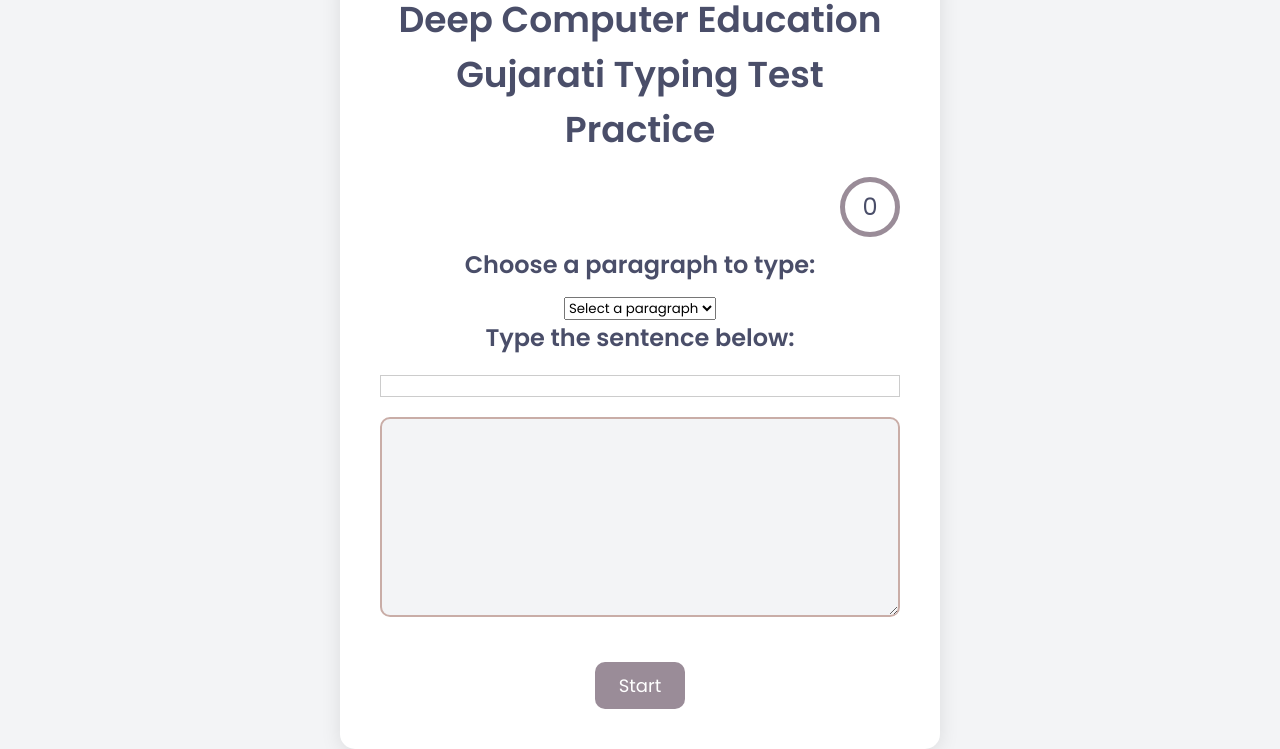
Repository: ssj27072002/Gujarati-typing-test
Page: typingGame/index.html
An editor plug-in stored every save of this project. The page is shown before and after the next save, followed by the edit.
The browser window is 1280 px wide. The pictures show the whole page.

Above is the page before, as saved 2024-06-13 10:13:44.

### typingGame/index.html
<!-- working as scoll  -->
<!-- <!DOCTYPE html>
<html lang="en">
<head>
    <meta charset="UTF-8">
    <title>Gujarati Typing Test</title>
    <link rel="stylesheet" href="css/style.css">
</head>
<body>
    <div class="typing-section">
        <h1>Deep Computer Education Gujarati Typing Test Practice</h1>
        <div class="timer-div">
            <div id="show-time">0</div>
        </div>
        <h2>Choose a paragraph to type:</h2>
        <select id="paragraphSelector">
            <option value="">Select a paragraph</option>
            <option value="1">Paragraph 1</option>
            <option value="2">Paragraph 2</option>
            <option value="3">Paragraph 3</option>
        </select>
        <h2>Type the sentence below:</h2>
        <div id="showSentence" class="scrollable-paragraph"></div>
        <textarea id="textarea" disabled></textarea>
        <button id="btn">Start</button>
        <div id="score"></div>
    </div>
    <script src="js/index.js"></script>
</body>
</html> -->

<!DOCTYPE html>
<html lang="en">
<head>
    <meta charset="UTF-8">
    <title>Gujarati Typing Test</title>
    <link rel="stylesheet" href="css/style.css">
</head>
<body>
    <div class="typing-section">
        <h1>Deep Computer Education Gujarati Typing Test Practice</h1>
        <div class="timer-div">
            <div id="show-time" class="timer">0</div>
        </div>
        <h2>Choose a paragraph to type:</h2>
        <select id="paragraphSelector" class="styled-select">
            <option value="">Select a paragraph</option>
            <option value="1">Paragraph 1</option>
            <option value="2">Paragraph 2</option>
            <option value="3">Paragraph 3</option>
        </select>
        <h2>Type the sentence below:</h2>
        <div id="showSentence" class="scrollable-paragraph"></div>
        <textarea id="textarea" class="styled-textarea" disabled></textarea>
        <button id="btn" class="styled-button">Start</button>
        <div id="score"></div>
    </div>
    <script src="js/index.js"></script>
</body>
</html>

### typingGame/css/style.css
@import url('https://fonts.googleapis.com/css2?family=Josefin+Sans:wght@400;600;700&family=Lexend+Deca:wght@100;200;300;400;500;600;700&family=Poppins:wght@300;400;600&display=swap');

* {
    margin: 0;
    padding: 0;
    box-sizing: border-box;
    font-family: 'Poppins', sans-serif;
}

html {
    font-size: 62.5%;
}

body {
    height: 100vh;
    display: flex;
    justify-content: center;
    align-items: center;
    background-color: #f3f4f6;
    color: #333;
}

.typing-section {
    text-align: center;
    background: #fff;
    border-radius: 1.5rem;
    box-shadow: 0 4px 20px rgba(0, 0, 0, 0.1);
    padding: 2rem 4rem;
    max-width: 60rem;
    width: 100%;
}

.typing-section h1 {
    font-size: 3.6rem;
    color: #4a4e69;
    margin-bottom: 2rem;
    text-transform: capitalize;
    font-weight: 700;
}

#textarea {
    border: .2rem solid #c9ada7;
    border-radius: 1rem;
    max-width: 100%;
    width: 100%;
    height: 20rem;
    padding: 1rem 2rem;
    font-size: 1.6rem;
    color: #333;
    background: #f3f4f6;
    outline: none;
    transition: border-color 0.3s ease;
    margin-bottom: 2rem;
}

#textarea:focus {
    border-color: #9a8c98;
}

#btn {
    display: inline-block;
    padding: 1rem 2.4rem;
    border: none;
    border-radius: 1rem;
    background-color: #9a8c98;
    color: #fff;
    font-size: 1.8rem;
    margin-top: 2rem;
    cursor: pointer;
    transition: background-color 0.3s ease;
}

#btn:hover {
    background-color: #6d6875;
}

h2 {
    font-size: 2.4rem;
    color: #4a4e69;
    text-align: center;
    margin-bottom: 1.5rem;
}

#showSentence, #score {
    font-size: 1.8rem;
    margin: 2rem 0;
    letter-spacing: .02rem;
    text-align: center;
    color: #4a4e69;
}

.timer-div {
    width: 100%;
    text-align: right;
    display: flex;
    justify-content: flex-end;
    margin-bottom: 1rem;
}

#show-time {
    font-size: 2.4rem;
    padding: 1.5rem;
    text-align: center;
    width: 6rem;
    height: 6rem;
    display: flex;
    justify-content: center;
    align-items: center;
    border-radius: 50%;
    border: .5rem solid #9a8c98;
    color: #4a4e69;
    background: #fff;
}
.scrollable-paragraph {
    max-height: 200px; /* Adjust the height as needed */
    overflow-y: auto;
    border: 1px solid #ccc; /* Optional: for better visibility of the container */
    padding: 10px; /* Optional: for some padding inside the container */
    margin-bottom: 20px; /* Optional: to give space between elements */
}

### typingGame/js/index.js
const typing_ground = document.querySelector('#textarea');
const btn = document.querySelector('#btn');
const score = document.querySelector('#score');
const show_sentence = document.querySelector('#showSentence');
const show_time = document.querySelector('#show-time');
const paragraphSelector = document.getElementById('paragraphSelector');

let startTime, endTime, totalTimeTaken, sentence_to_write;

const paragraphs = {
    1: 'ગાંધીનગર ગુજરાતની રાજધાની છે. આ શહેરમાં મોટા પ્રમાણમાં સરકારી કાર્યાલયો અને ઔદ્યોગિક ક્ષેત્ર છે. અમદાવાદ, જે ગુજરાતનું સૌથી મોટું શહેર છે, તેનું એક મહત્વનું ઐતિહાસિક અને આર્થિક કેન્દ્ર છે. અમદાવાદની સુંદર નદી સાબરમતીના કાંઠે બનેલું સાબરમતી આશ્રમ મહાત્મા ગાંધીજીની યાદ અપાવે છે.',
    2: 'સૂરત એક મહત્વપૂર્ણ વ્યાપારી શહેર છે, જે પોતાના હીરાના વેપાર અને કાપડ ઉદ્યોગ માટે જાણીતું છે. આ શહેરમાં ઘણા સુંદર બાગો અને મલ્ટીપ્લેક્સ સિનેમા છે.',
    3: 'વડોદરા શહેર એ પોતાના સંસ્કૃતિક અને શૈક્ષણિક કેન્દ્ર માટે જાણીતું છે. આ શહેરમાં ઘણા મ્યુઝિયમ્સ, પાર્ક્સ અને શૈક્ષણિક સંસ્થાઓ છે.'
};

const calculateTypingSpeed = (time_taken) => {
    let totalWords = typing_ground.value.trim();
    let actualWordsArray = totalWords === '' ? [] : totalWords.split(/\s+/);
    let correctWords = errorChecking(actualWordsArray);

    if (correctWords !== 0) {
        let typing_speed = (correctWords / time_taken) * 60;
        typing_speed = Math.round(typing_speed);
        score.innerHTML = `Your typing speed is ${typing_speed} words per minute & you wrote ${correctWords} correct words out of ${sentence_to_write.length} words & time taken ${time_taken} sec`;
    } else {
        score.innerHTML = `Your typing speed is 0 words per minute & time taken ${time_taken} sec`;
    }
};

const endTypingTest = () => {
    btn.innerText = "Start";
    clearInterval(intervalID);
    let date = new Date();
    endTime = date.getTime();

    totalTimeTaken = (endTime - startTime) / 1000;

    calculateTypingSpeed(totalTimeTaken);

    show_sentence.innerHTML = "";
    typing_ground.value = "";
};

let intervalID, elapsedTime = 0;

const showTimer = () => {
    if (btn.innerText === "Done") {
        intervalID = setInterval(() => {
            elapsedTime++;
            show_time.innerHTML = elapsedTime;
        }, 1000);
    } else if (btn.innerText === "Start") {
        elapsedTime = 0;
        clearInterval(intervalID);
        show_time.innerHTML = "";
    }
};

const errorChecking = (userWords) => {
    let num = 0;
    sentence_to_write = show_sentence.innerHTML.trim().split(/\s+/);

    for (let i = 0; i < userWords.length; i++) {
        if (userWords[i] === sentence_to_write[i]) {
            num++;
        }
    }
    return num;
};

const startTyping = () => {
    let selectedValue = paragraphSelector.value;
    if (selectedValue) {
        show_sentence.innerHTML = paragraphs[selectedValue];
        let date = new Date();
        startTime = date.getTime();
        btn.innerText = "Done";
        showTimer();
    } else {
        alert("Please select a paragraph first!");
    }
};

btn.addEventListener('click', () => {
    switch (btn.innerText.toLowerCase()) {
        case "start":
            typing_ground.removeAttribute('disabled');
            startTyping();
            break;
        case "done":
            typing_ground.setAttribute('disabled', 'true');
            endTypingTest();
            break;
    }
});

// paragraphSelector.addEventListener("change", function() {
//     show_sentence.innerHTML = "";
//     typing_ground.value = "";
//     typing_ground.setAttribute('disabled', 'true');
//     btn.innerText = "Start";
//     elapsedTime = 0;
//     clearInterval(intervalID);
//     show_time.innerHTML = "0";
//     score.innerHTML = "";
// });

paragraphSelector.addEventListener('change', () => {
    const selectedValue = paragraphSelector.value;
    if (selectedValue) {
        showSentence.textContent = paragraphs[selectedValue];
        textarea.disabled = false;
    } else {
        showSentence.textContent = '';
        textarea.disabled = true;
    }
});

After the next save:
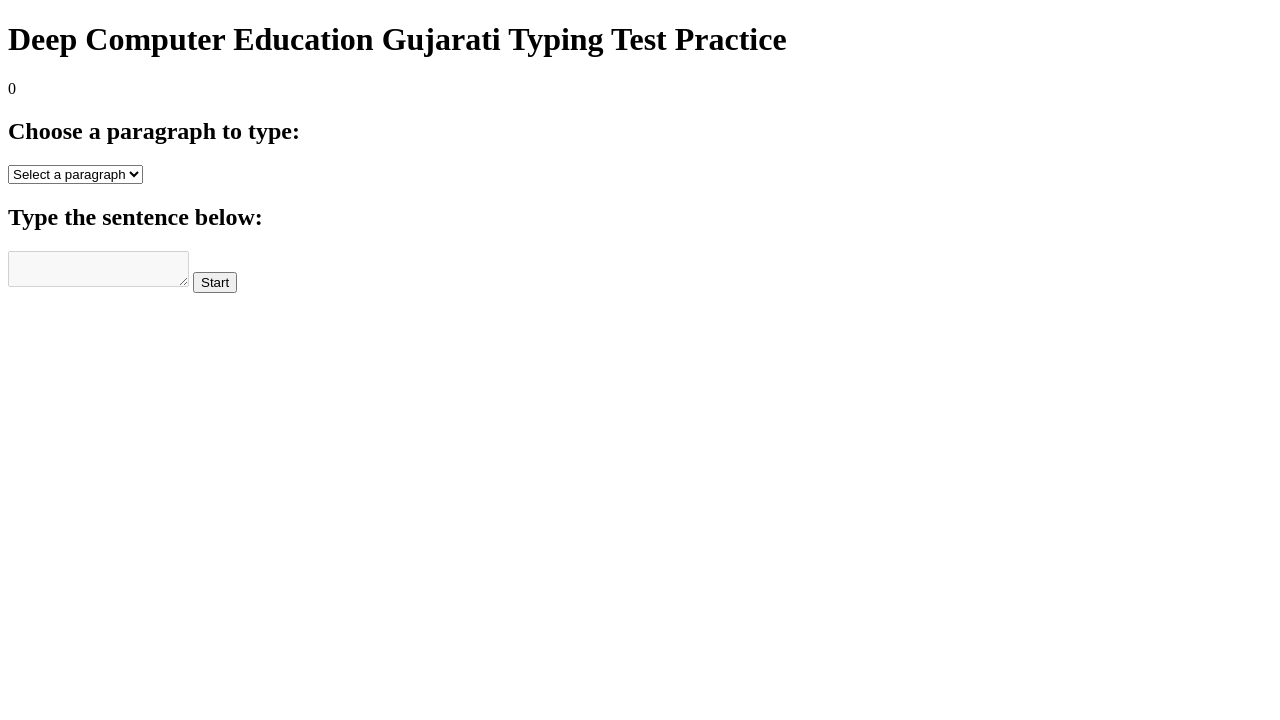
Saved 11 s later.
--- a/typingGame/css/style.css
+++ b/typingGame/css/style.css
@@ -1,4 +1,4 @@
-@import url('https://fonts.googleapis.com/css2?family=Josefin+Sans:wght@400;600;700&family=Lexend+Deca:wght@100;200;300;400;500;600;700&family=Poppins:wght@300;400;600&display=swap');
+/* @import url('https://fonts.googleapis.com/css2?family=Josefin+Sans:wght@400;600;700&family=Lexend+Deca:wght@100;200;300;400;500;600;700&family=Poppins:wght@300;400;600&display=swap');
 
 * {
     margin: 0;
@@ -117,4 +117,4 @@
     border: 1px solid #ccc; /* Optional: for better visibility of the container */
     padding: 10px; /* Optional: for some padding inside the container */
     margin-bottom: 20px; /* Optional: to give space between elements */
-}
+} */
